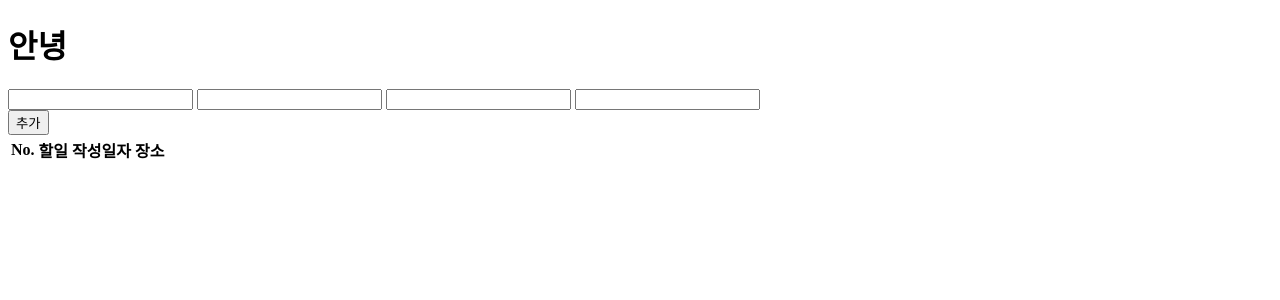
Repository: soyeon-noh/TodoList_Project
Page: http://localhost/Server_PR_TodoList/
The author's editor kept a copy of each file at every save. The page is drawn from the files as they stood at one save, then again after the next save.
The browser window is 1280 px wide. The pictures show the whole page.
The page is served by Tomcat 9. Queries for data that is not in the repository find no rows.

Above is the page before, as saved 2021-05-24 02:32:03.

After the next save:
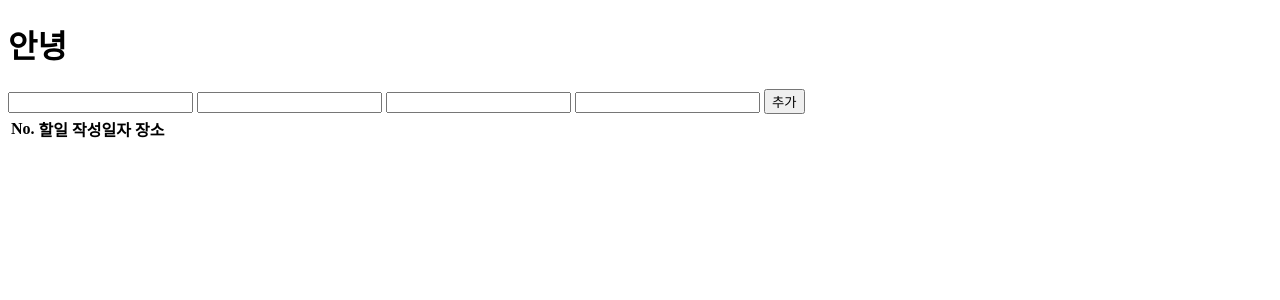
Saved 14 min 18 s later.
--- a/Server_PR_TodoList/src/main/webapp/WEB-INF/views/home.jsp
+++ b/Server_PR_TodoList/src/main/webapp/WEB-INF/views/home.jsp
@@ -17,9 +17,8 @@
       <input name="time" />
       <input name="todo" />
       <input name="place" />
+    <button>추가</button>
     </form>
-    <button>추가</button>
-
     <table id="tdlist">
       <tr>
         <th>No.</th>
